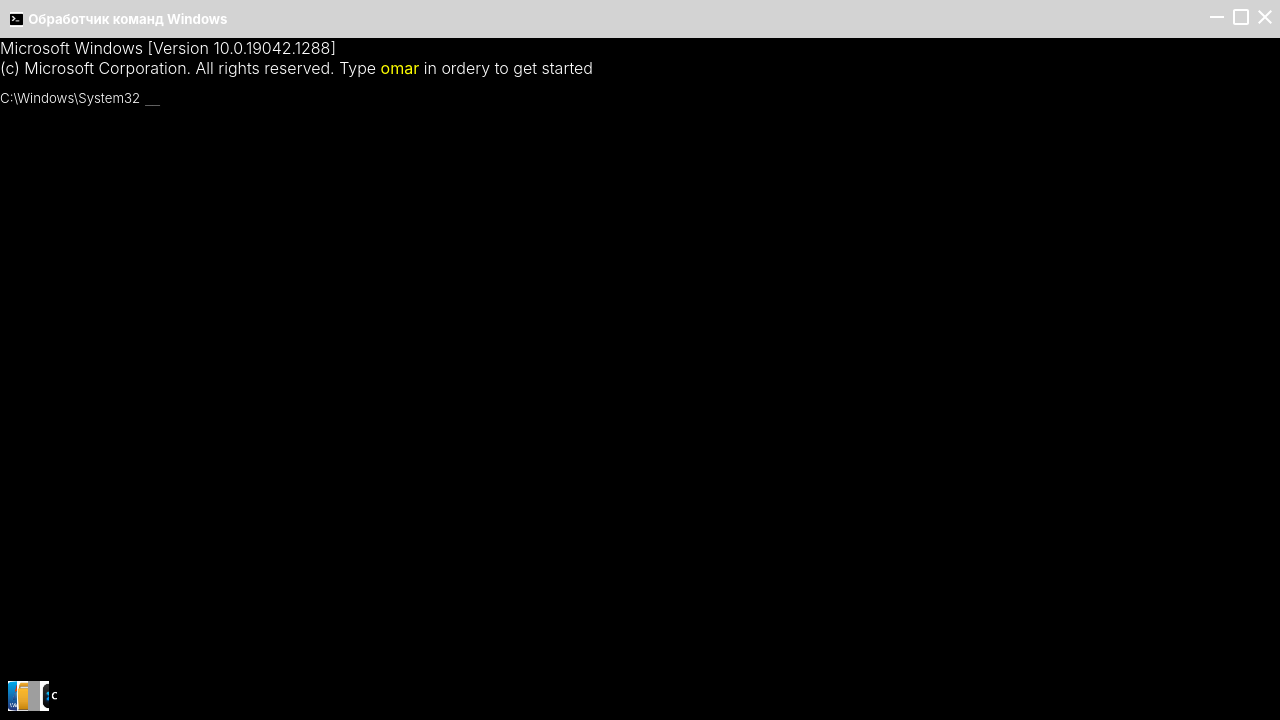
Repository: om1ars/cmd-port
Page: /
These files come from the project's save history. The page is drawn as it stood at one moment and after the next save; the edit follows.
The browser window is 1280 px wide. The pictures show the whole page.
Pictures or frames that could not be fetched are drawn as grey boxes. The project was rebuilt for these pictures with package versions that can differ from the ones it lists, and the page was loaded fresh each time.

Above is the page before, as saved 2021-11-04 17:10:44.

After the next save:
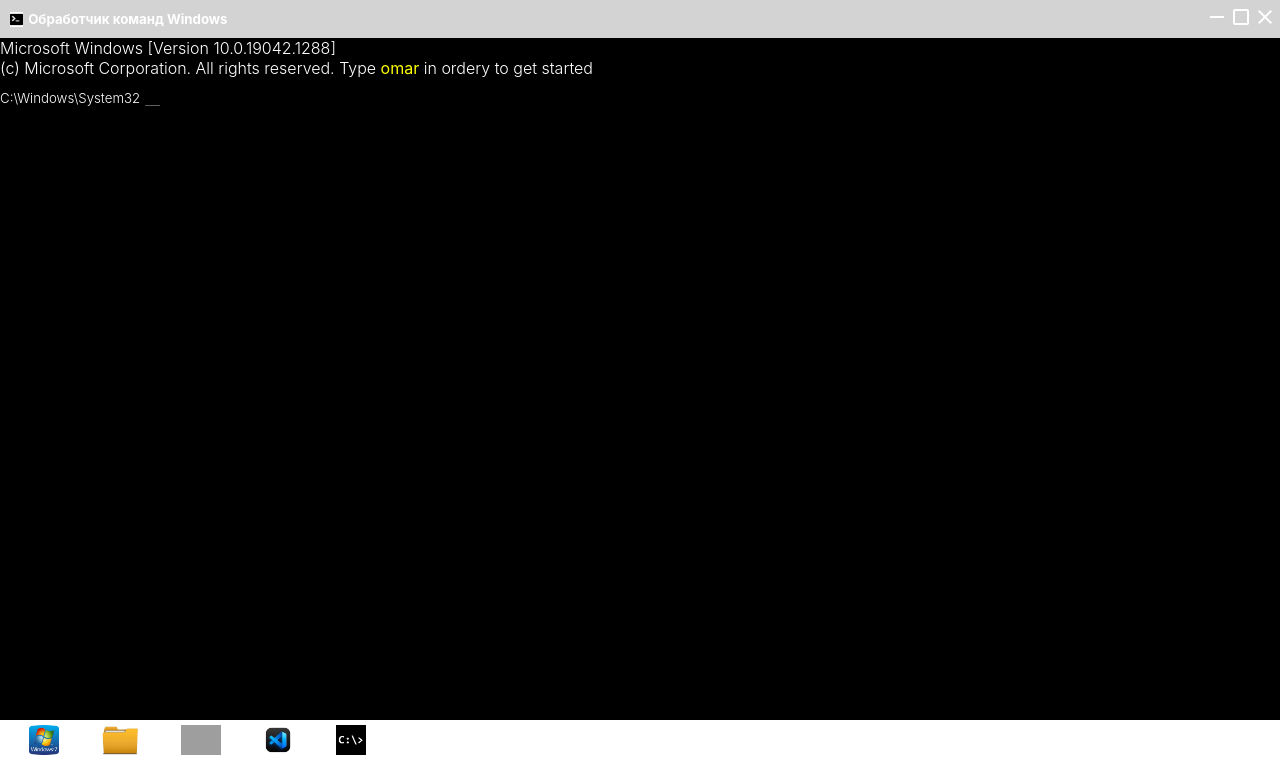
Saved 4 s later.
--- a/src/styles.css
+++ b/src/styles.css
@@ -93,7 +93,7 @@
   display: flex;
   justify-content: space-between;
   align-items: center;
-  position: absolute;
+  position: sticky;
   bottom: 0;
   padding: 5px 8px;
 }
